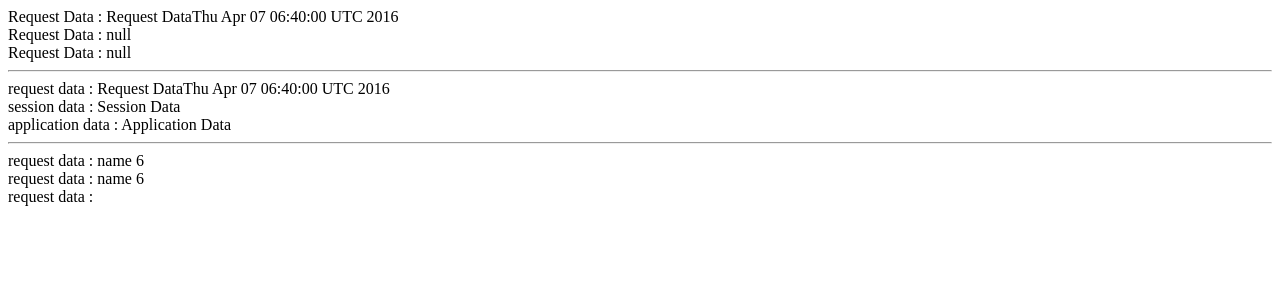
Repository: yeobinJeong/demoweb
Page: http://localhost/example-web/eltest.action
These files come from the project's save history. The page is drawn as it stood at one moment and after the next save; the edit follows.
The browser window is 1280 px wide. The pictures show the whole page.
The page is served by Tomcat 9. Other server files are loaded and not shown.

Above is the page before, as saved 2016-04-20 02:28:04.

### example-web/WebContent/jspdemo/10.el-result.jsp
<%@ page language="java"
	contentType="text/html; charset=utf-8"
	pageEncoding="utf-8"%>
<!DOCTYPE html>
<html>
<head>
<meta charset="utf-8">
<title></title>
</head>
<body>

	Request Data : <%= request.getAttribute("data1") %><br/>
	Request Data : <%= request.getAttribute("data2") %><br/>
	Request Data : <%= request.getAttribute("data3") %><br/>


	<hr/>

	request data : ${ requestScope.data1 }<br/>
	session data : ${ sessionScope.data2 }<br/>
	application data : ${ applicationScope.data3 }<br/>

	<hr/>
		request data : ${ persons.get(3).name }<br/> <!-- getName() -->
		request data : ${ persons[3].name }<br/> <!-- getName() -->
		request data : ${ personsht["key3"].name }<br/> <!-- getName() -->
	<%-- request data : ${ persons.getName() }<br/> --%>

</body>
</html>

### example-web/src/com/exampleweb/servlet/ELTestServlet.java
package com.exampleweb.servlet;

import java.io.IOException;
import java.util.ArrayList;
import java.util.Date;
import java.util.Hashtable;

import javax.servlet.ServletException;
import javax.servlet.annotation.WebServlet;
import javax.servlet.http.HttpServlet;
import javax.servlet.http.HttpServletRequest;
import javax.servlet.http.HttpServletResponse;

import com.exampleweb.dto.Person;

@WebServlet(value = "/eltest.action")
public class ELTestServlet extends HttpServlet {

	protected void doPost(HttpServletRequest req, HttpServletResponse resp) throws ServletException, IOException {
		doGet(req, resp);
	}

	protected void doGet(HttpServletRequest req, HttpServletResponse resp) throws ServletException, IOException {

		req.setAttribute("data1","Request Data" + new Date());
		req.getSession().setAttribute("data2", "Session Data");
		req.getServletContext().setAttribute("data3", "Application Data");



		/*Person person = new Person();
		person.setNum(1);
		person.setName("john");
		person.setEmail("google");
//		req.setAttribute("person", person);*/

		ArrayList<Person> persons = new ArrayList<>();
		Hashtable<String, Person> ht = new Hashtable<>();

		for( int i=0; i<5; i++){
			Person p = new Person();
			p.setNum(i);
			p.setName("name "+ (i*2));
			p.setEmail("Email "+ i);
			persons.add(p);

			ht.put("key" +i, p);
		}
		req.setAttribute("persons", persons);
		req.setAttribute("personht", ht);
		req.getRequestDispatcher("/jspdemo/10.el-result.jsp").forward(req,resp);
	}

}

### example-web/src/com/exampleweb/dto/Person.java
package com.exampleweb.dto;

public class Person {

	private int num;
	private String name;
	private String email;


	public int getNum() {
		return num;
	}
	public void setNum(int num) {
		this.num = num;
	}
	public String getName() {
		return name;
	}
	public void setName(String name) {
		this.name = name;
	}
	public String getEmail() {
		return email;
	}
	public void setEmail(String email) {
		this.email = email;
	}


}

After the next save:
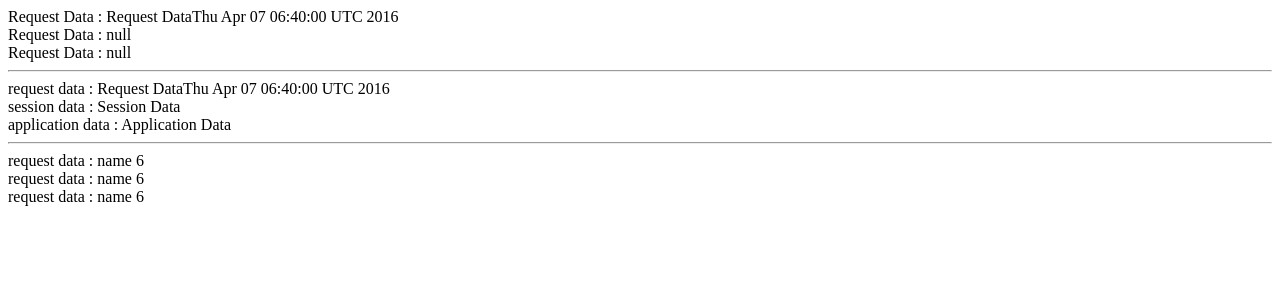
Saved 10 s later.
--- a/example-web/WebContent/jspdemo/10.el-result.jsp
+++ b/example-web/WebContent/jspdemo/10.el-result.jsp
@@ -23,7 +23,7 @@
 	<hr/>
 		request data : ${ persons.get(3).name }<br/> <!-- getName() -->
 		request data : ${ persons[3].name }<br/> <!-- getName() -->
-		request data : ${ personsht["key3"].name }<br/> <!-- getName() -->
+		request data : ${ personht["key3"].name }<br/> <!-- getName() -->
 	<%-- request data : ${ persons.getName() }<br/> --%>
 
 </body>
